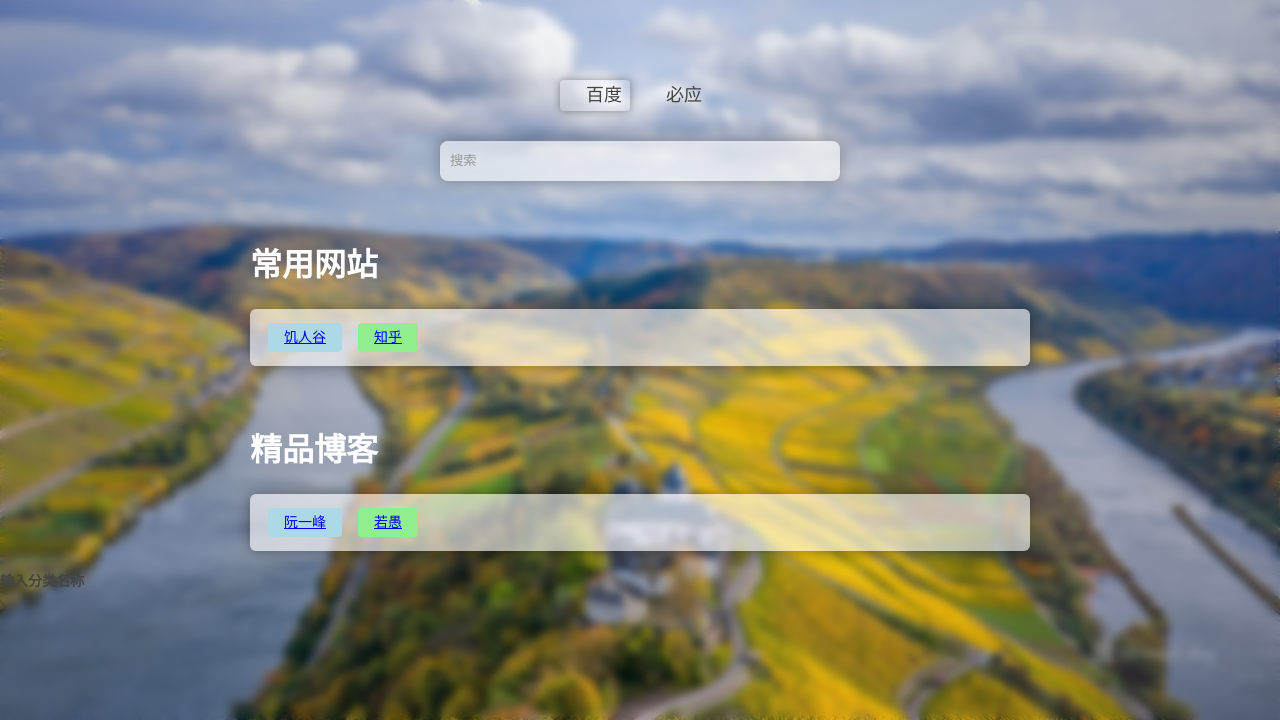
Repository: zkhiscool/PersonPage
Page: index.html
These files come from the project's save history. The page is drawn as it stood at one moment and after the next save; the edit follows.
The browser window is 1280 px wide. The pictures show the whole page.

Above is the page before, as saved 2023-07-21 12:01:58.

After the next save:
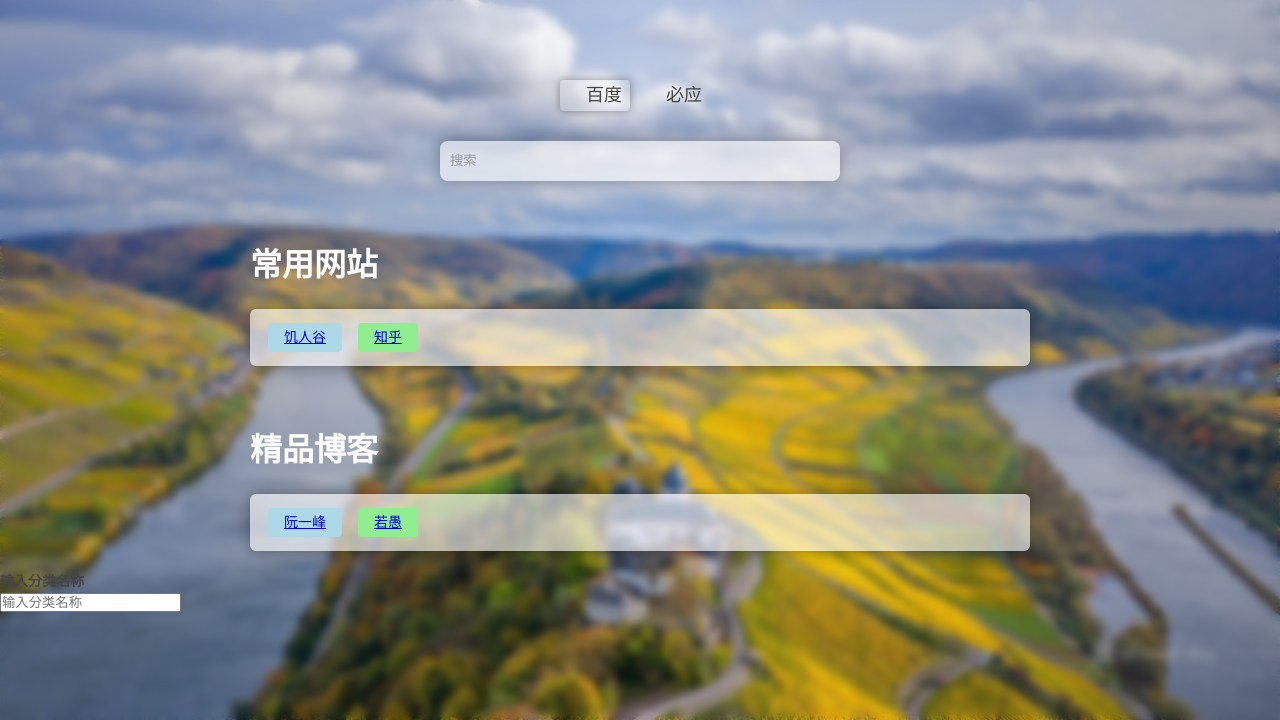
Saved 18 s later.
--- a/index.html
+++ b/index.html
@@ -68,6 +68,9 @@
     </div>
     <div class="modal modal-1">
         <h4>输入分类名称</h4>
+        <div class="field">
+            <input type="text" placeholder="输入分类名称">
+        </div>
     </div>
     <script src="js/main.js"></script>
     <script>
